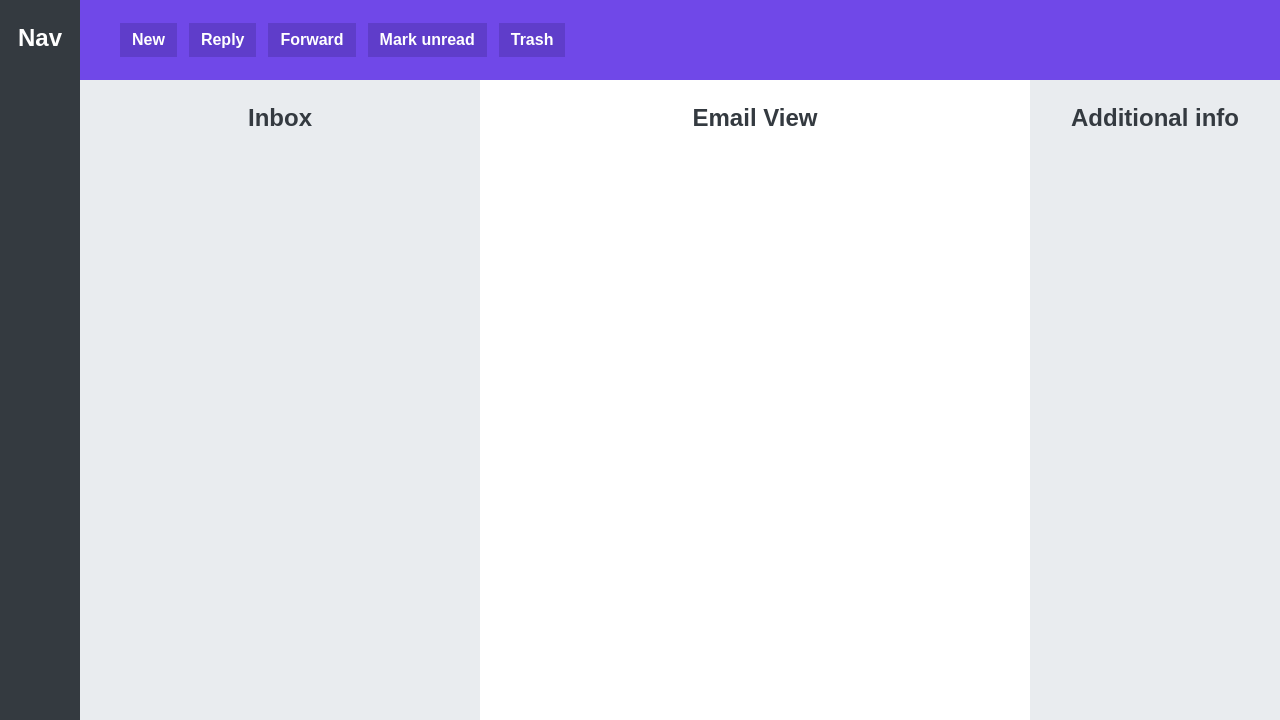
Repository: sunny070/CSS
Page: HTML and CSS some of the important components/06_app-layout.html
These files come from the project's save history. The page is drawn as it stood at one moment and after a run of saves; the edit follows.
The browser window is 1280 px wide. The pictures show the whole page.

Above is the page before, as saved 2023-11-17 14:01:56.

### HTML and CSS some of the important components/06_app-layout.html
<!DOCTYPE html>
<html lang="en">
<head>
    <meta charset="UTF-8">
    <meta name="viewport" content="width=device-width, initial-scale=1.0">
    <title>App Layout</title>
    <style>
        *{
            margin: 0;
            padding: 0;
            box-sizing: border-box;
        }
        body{
            font-family: sans-serif;
            color:#343a40;
            font-size: 24px;
            height: 100vh;
            text-align: center;
            font-weight:bold;
            display: grid;
            grid-template-columns: 80px 400px 1fr 250px;
            grid-template-rows: 80px 1fr;
        }
        nav,section,main,aside{
            padding-top:24px
        }
        nav{
            background-color:#343a40 ;
            color:#fff;
            grid-row: 1/-1;
        }
        menu{
            background-color:#7048e8;
            grid-column: 2/-1;
            display: flex;
            align-items: center;
            gap: 12px;
            padding: 0 40px;
        }
        button{
            display: inline-block;
            font-size: 16px;
            font-weight: bold;
            background-color:#5f3dca;
            border: none;
            cursor: pointer;
            color:#fff ;
            padding: 8px 12px;
        }
        button:nth-last-child()
        {
            background-color:red;
        }
        section{
            background-color:#e9ecef;
        }
        aside{
            background-color:#e9ecef;
        }
    </style>
</head>
<body>
    <nav>Nav</nav>
    <menu>
        <button>New</button>
        <button>Reply</button>
        <button>Forward</button>
        <button>Mark unread</button>
        <button>Trash</button>
    </menu>
    <section>Inbox</section>
    <main>Email View</main>
    <aside>Additional info</aside>
</body>
</html>

After the next 2 saves:
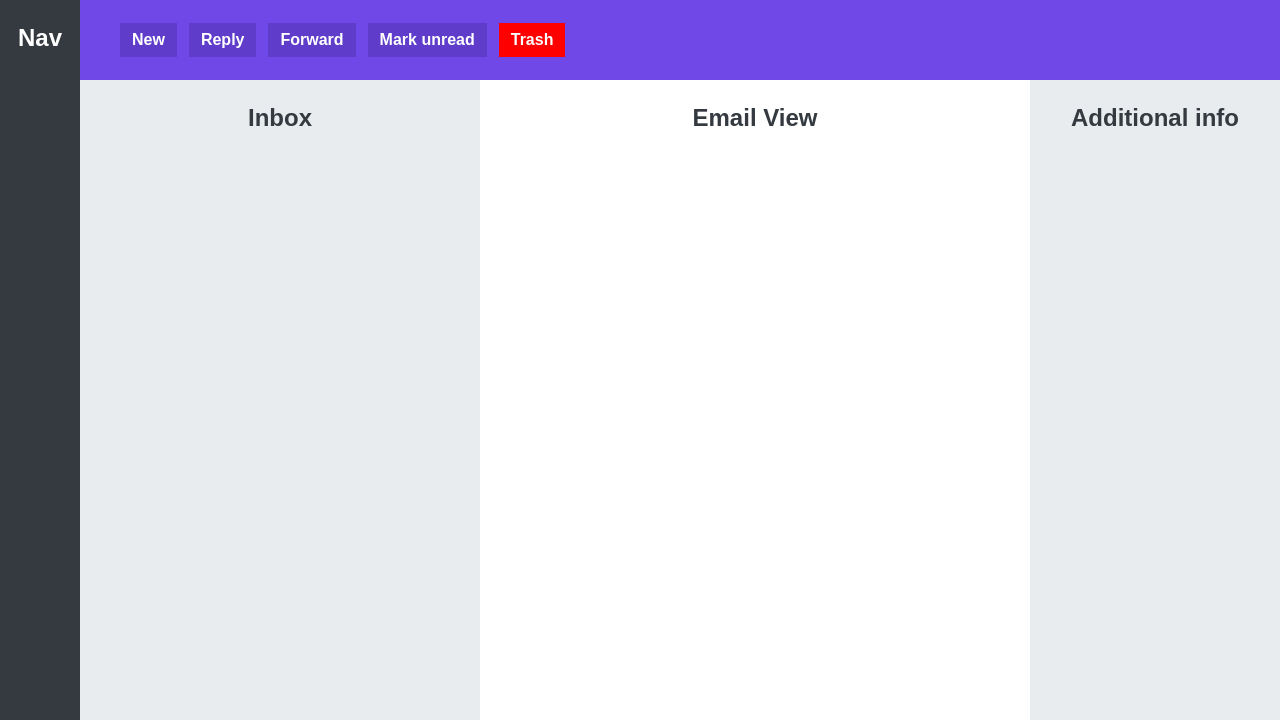
The 2 saves are shown as one change because they came seconds apart.
The last was saved 15 s later.
--- a/HTML and CSS some of the important components/06_app-layout.html
+++ b/HTML and CSS some of the important components/06_app-layout.html
@@ -47,7 +47,7 @@
             color:#fff ;
             padding: 8px 12px;
         }
-        button:nth-last-child()
+        button:last-child
         {
             background-color:red;
         }
